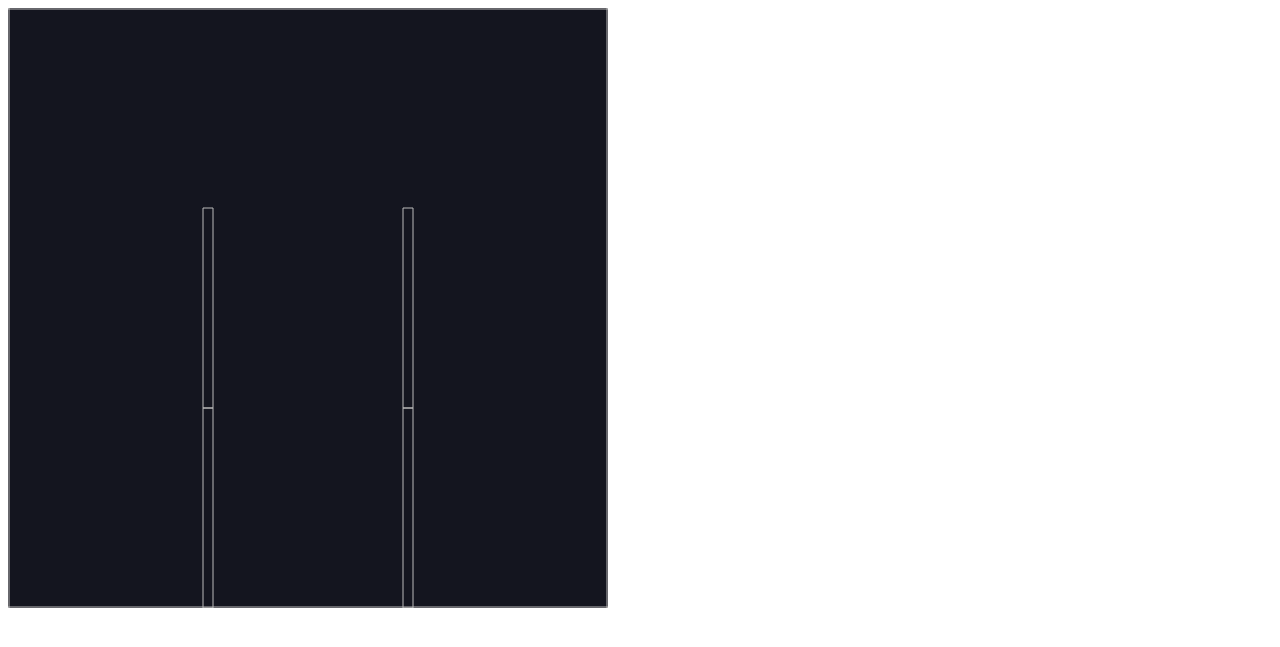
Repository: zhapar/JS-Bootcamp
Page: 3. Maze/index.html
An editor plug-in stored every save of this project. The page is shown before and after the next save, followed by the edit.
The browser window is 1280 px wide. The pictures show the whole page.
Some web libraries are served in a nearby version.

Above is the page before, as saved 2020-07-16 18:07:56.

### 3. Maze/index.html
<!DOCTYPE html>
<html lang="en">

<head>
  <meta charset="UTF-8">
  <meta name="viewport" content="width=device-width, initial-scale=1.0">
  <script src="https://cdnjs.cloudflare.com/ajax/libs/matter-js/0.14.2/matter.min.js"
    integrity="sha512-pi0tSRZdlNRZeANPwdAIHRAYg6gZZV6QlAiyHXn5TYqLzBKE9jlttO/QgYLMhISD6oNv2kPsVelx+n5nw0FqKA=="
    crossorigin="anonymous"></script>
  <title>Maze</title>
</head>

<body>


  <script src="app.js"></script>
</body>

</html>

### 3. Maze/app.js
const {
  Engine,
  Render,
  Runner,
  World,
  Bodies,
  // Mouse, *For  mouse*
  // MouseConstraint,
} = Matter;

const cells = 3;
const width = 600;
const height = 600;

const unitLength = width / cells;

const engine = Engine.create();
const { world } = engine;
const render = Render.create({
  element: document.body,
  engine: engine,
  options: {
    // wireframes: false,
    width,
    height,
  },
});

Render.run(render);
Runner.run(Runner.create(), engine);

//  ** To move shapes with mouse **
// World.add(
//   world,
//   MouseConstraint.create(engine, {
//     mouse: Mouse.create(render.canvas),
//   })
// );

// Walls
const walls = [
  Bodies.rectangle(width / 2, 0, width, 2, { isStatic: true }),
  Bodies.rectangle(width / 2, height, width, 2, { isStatic: true }),
  Bodies.rectangle(0, height / 2, 2, height, { isStatic: true }),
  Bodies.rectangle(width, height / 2, 2, height, { isStatic: true }),
];
World.add(world, walls);

// To create a random shapes
// for (let i = 0; i < 50; i++) {
//   if (Math.random() > 0.5) {
//     World.add(
//       world,
//       Bodies.rectangle(Math.random() * width, Math.random() * height, 50, 50)
//     );
//   } else {
//     World.add(
//       world,
//       Bodies.circle(Math.random() * width, Math.random() * height, 35, {
//         render: {
//           fillStyle: "red",
//         },
//       })
//     );
//   }
// }

// Maze generation

const shuffle = (arr) => {
  let counter = arr.length;

  while (counter > 0) {
    const index = Math.floor(Math.random() * counter);

    counter--;

    const temp = arr[counter];
    arr[counter] = arr[index];
    arr[index] = temp;
  }

  return arr;
};

const grid = Array(cells)
  .fill(null)
  .map(() => Array(cells).fill(false));

const verticals = Array(cells)
  .fill(null)
  .map(() => Array(cells - 1).fill(false));

const horizontals = Array(cells - 1)
  .fill(null)
  .map(() => Array(cells).fill(false));

const startRow = Math.floor(Math.random() * cells);
const startColumn = Math.floor(Math.random() * cells);

const stepThroughCell = (row, column) => {
  // If i have visited the cell at [row, column], then return
  if (grid[row][column]) {
    return;
  }

  // Mark this cell as being visited
  grid[row][column] = true;

  // Assemble randomly-ordered lisy of neighbors
  const neighbors = shuffle([
    [row - 1, column, "up"],
    [row, column + 1, "right"],
    [row + 1, column, "down"],
    [row, column - 1, "left"],
  ]);

  // For each neighbor
  for (let neighbor of neighbors) {
    const [nextRow, nextColumn, direction] = neighbor;

    // See if that neighbour out of the bounds
    if (
      nextRow < 0 ||
      nextRow >= cells ||
      nextColumn < 0 ||
      nextColumn >= cells
    ) {
      continue;
    }

    // If we have visited that neighbor, continue to next neighbor
    if (grid[nextRow][nextColumn]) {
      continue;
    }

    // Remove a wall from either horizontals or verticals
    if (direction === "left") {
      verticals[row][column - 1] = true;
    } else if (direction === "right") {
      verticals[row][column] = true;
    } else if (direction === "up") {
      horizontals[row - 1][column] = true;
    } else if (direction === "down") {
      horizontals[row][column] = true;
    }

    // Visit that next cell
    stepThroughCell(nextRow, nextColumn);
  }
};

stepThroughCell(startRow, startColumn);

horizontals.forEach((row, rowIndex) => {
  row.forEach((open, columnIndex) => {
    if (open) {
      return;
    }

    const wall = Bodies.rectangle(
      columnIndex * unitLength + unitLength / 2,
      rowIndex * unitLength + unitLength,
      unitLength,
      10,
      { isStatic: true }
    );

    World.add(world, wall);
  });
});

verticals.forEach((row, rowIndex) => {
  row.forEach((open, columnIndex) => {
    if (open) {
      return;
    }

    const wall = Bodies.rectangle(
      columnIndex * unitLength + unitLength,
      rowIndex * unitLength + unitLength / 2,
      10,
      unitLength,
      { isStatic: true }
    );

    World.add(world, wall);
  });
});

After the next save:
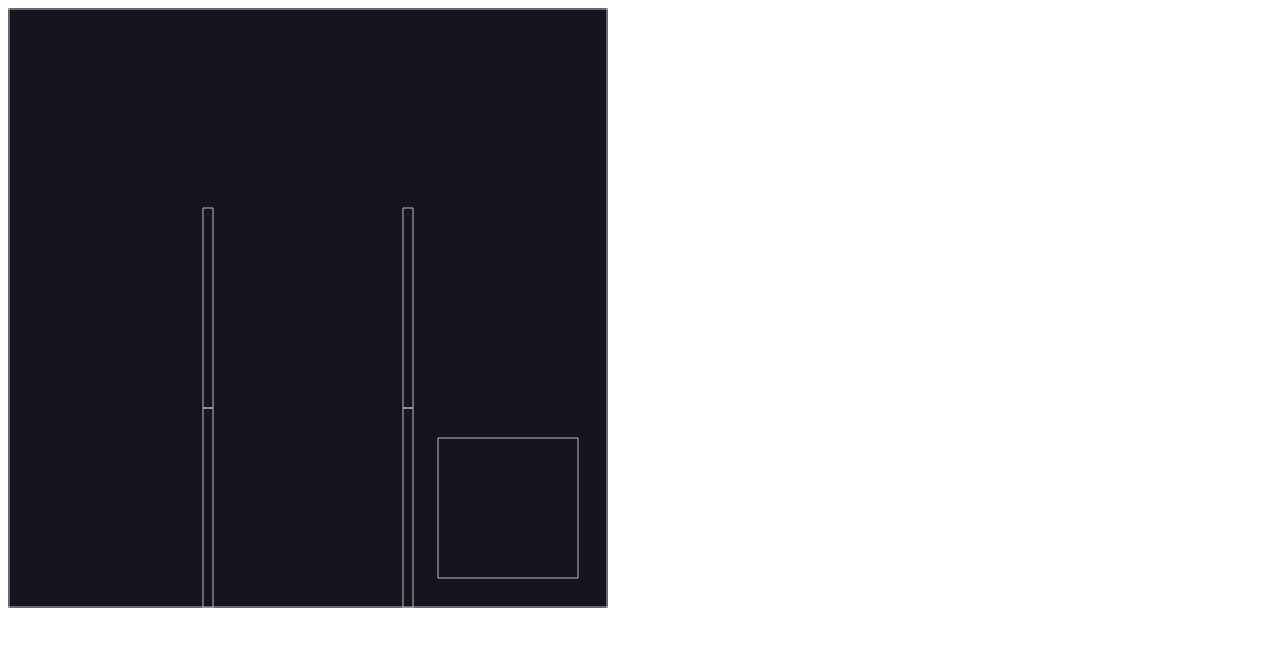
Saved 2 min 1 s later.
--- a/3. Maze/app.js
+++ b/3. Maze/app.js
@@ -187,3 +187,13 @@ verticals.forEach((row, rowIndex) => {
     World.add(world, wall);
   });
 });
+
+const goal = Bodies.rectangle(
+  width - unitLength / 2,
+  height - unitLength / 2,
+  unitLength * 0.7,
+  unitLength * 0.7,
+  { isStatic: true }
+);
+
+World.add(world, goal);
